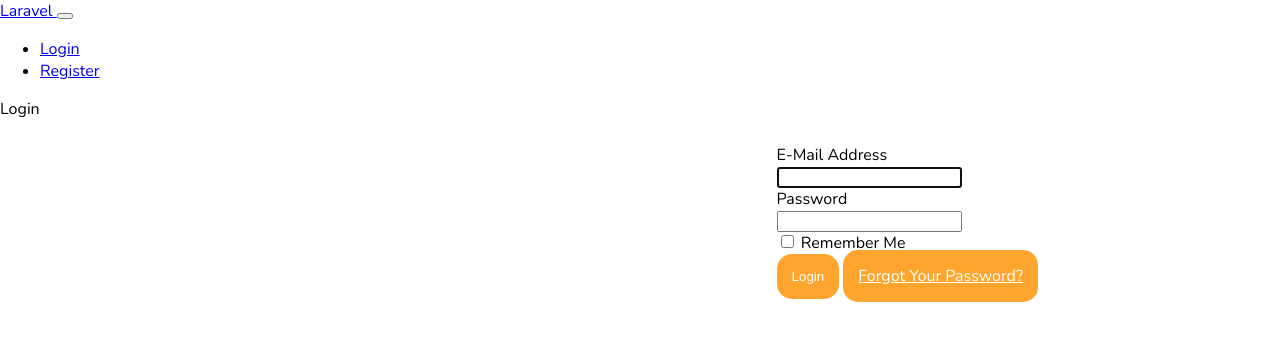
Repository: PatryxB/libraryBook
Page: http://localhost/login
These files come from the project's save history. The page is drawn as it stood at one moment and after the next save; the edit follows.
The browser window is 1280 px wide. The pictures show the whole page.
The page is served by the project's Laravel application, run on PHP 8.4 with Laravel 8. Other server files are loaded and not shown. Style sheets and scripts are compiled from the project's sources, by tool versions that may differ from the author's.

Above is the page before, as saved 2020-05-14 13:47:57.

### routes/web.php
<?php

use Illuminate\Support\Facades\Route;

/*
|--------------------------------------------------------------------------
| Web Routes
|--------------------------------------------------------------------------
|
| Here is where you can register web routes for your application. These
| routes are loaded by the RouteServiceProvider within a group which
| contains the "web" middleware group. Now create something great!
|
*/

Route::get('/', function () {
    return view('welcome');
});

Auth::routes();

Route::get('/home', 'HomeController@index')->name('home');
Route::post('/l', 'HomeController@store');

### resources/sass/app.scss
// Fonts
@import url('https://fonts.googleapis.com/css?family=Nunito');

// Variables
@import 'variables';

html, body{
    margin: 0;
    padding: 0;
    box-sizing: border-box;
    font-family: 'Nunito';
}
.banner img{
    width: 100%;
    height: 100vh;
    position: relative;
    filter: brightness(70%);
}
.welcome-text{
    position: absolute;
    top: 10%;
    left: 18%;
    color: white;
    font-size: 60px;
}
form{
    position: absolute;
    top: 20%;
    right: 15%;
    background-color: white;
    padding: 50px;
    padding-top: 0;
    border-radius: 25px;
}
.btn{
    background-color: rgb(255, 165, 46);
    color: white;
    border: none;
    padding: 15px;
    border-radius: 15px;
    cursor: pointer;
    box-sizing: 21px 12px rgb(182, 182, 182);
}
.btn:hover{
    background-color: white;
    color: rgb(255, 165, 46);
}

Loaded but not shown: app/Http/Controllers/Auth/LoginController.php (common file); app/Http/Controllers/Controller.php (common file); app/Http/Controllers/Auth/ConfirmPasswordController.php (common file); resources/views/auth/login.blade.php (common file); resources/views/layouts/app.blade.php (common file); resources/sass/_variables.scss (common file)

After the next save:
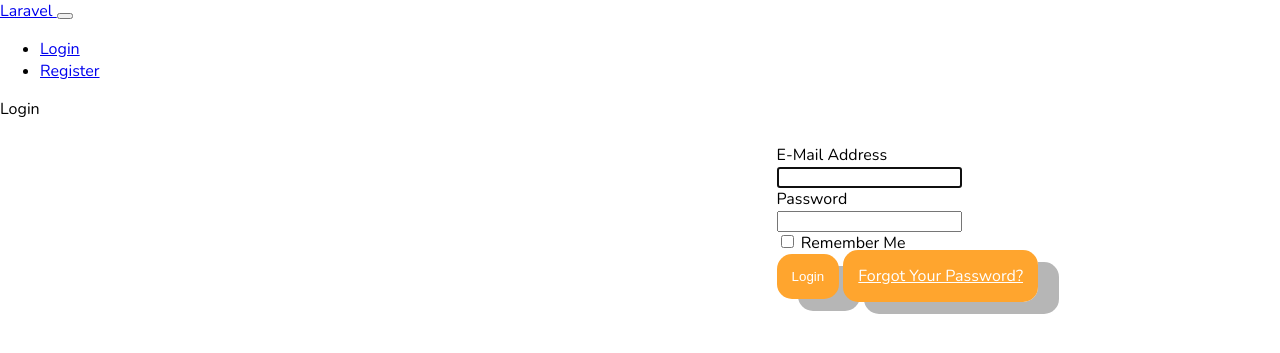
Saved 47 s later.
--- a/resources/sass/app.scss
+++ b/resources/sass/app.scss
@@ -39,7 +39,7 @@ form{
     padding: 15px;
     border-radius: 15px;
     cursor: pointer;
-    box-sizing: 21px 12px rgb(182, 182, 182);
+    box-shadow: 21px 12px rgb(182, 182, 182);
 }
 .btn:hover{
     background-color: white;
